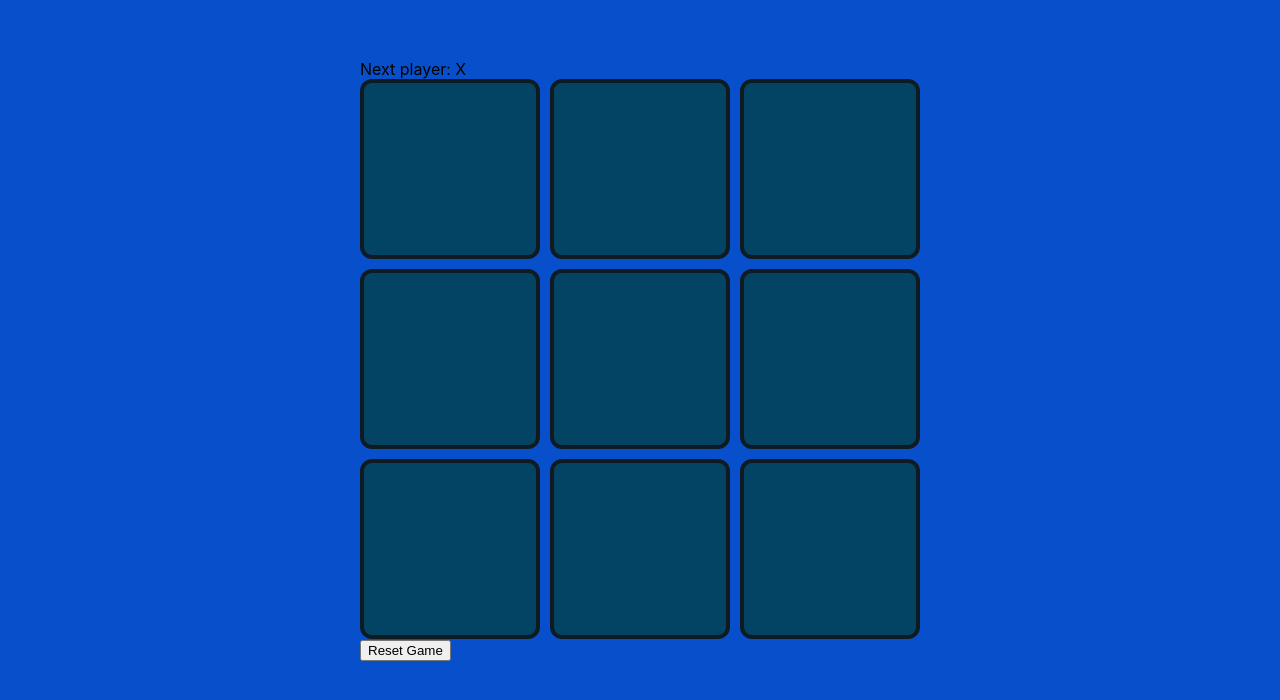
Repository: Monterro324/Tic-Tac
Page: / (app in tic-tac/)
The author's editor kept a copy of each file at every save. The page is drawn from the files as they stood at one save, then again after the next save.
The browser window is 1280 px wide. The pictures show the whole page.
The project was rebuilt for these pictures with package versions that can differ from the ones it lists, and the page was loaded fresh each time.

Above is the page before, as saved 2024-05-04 21:26:13.

### tic-tac/src/App.js
import { useState } from 'react';
import './App.css';
import Square from './Components/Square'; //Importing Square.js from Components

// function Square({value, onSquareClick}) {
//   return (
//     <button className="square" onClick={onSquareClick}>
//       {value}
//     </button>
//   );
// }



//Did not modify
export default function Board() {
  const [xIsNext, setXIsNext] = useState(true);
  const [squares, setSquares] = useState(Array(9).fill(null));

  function handleClick(i) {
    if (calculateWinner(squares) || squares[i]) {
      return;
    }
    const nextSquares = squares.slice();
    if (xIsNext) {
      nextSquares[i] = 'X';
    } else {
      nextSquares[i] = 'O';
    }
    setSquares(nextSquares);
    setXIsNext(!xIsNext);
  }

  //Basic reset button after winner is declare
  function resetGame() {
    setSquares(Array(9).fill(null)); // Resets all squares
    setXIsNext(true); // Resets the turn to the first player
  }

  const winner = calculateWinner(squares);
  let status;
  if (winner) {
    status = 'Winner: ' + winner;
  } else {
    status = 'Next player: ' + (xIsNext ? 'X' : 'O');
  }

  return (
    <>
      <div className="status">{status}</div>

      <div className="board">
        {squares.map((square, index) => (
          <Square key={index} value={square} onSquareClick={() => handleClick(index)} />
        ))}
      </div>
      <button className='reset-button' onClick={resetGame}>Reset Game</button>
    </>
  );
}

function calculateWinner(squares) {
  const lines = [
    [0, 1, 2],
    [3, 4, 5],
    [6, 7, 8],
    [0, 3, 6],
    [1, 4, 7],
    [2, 5, 8],
    [0, 4, 8],
    [2, 4, 6],
  ];
  for (let i = 0; i < lines.length; i++) {
    const [a, b, c] = lines[i];
    if (squares[a] && squares[a] === squares[b] && squares[a] === squares[c]) {
      return squares[a];
    }
  }
  return null;
}

### tic-tac/src/App.css
body, html {
  height: 100%;
  margin: 0;
  display: flex;
  justify-content: center;
  align-items: center;
  background-color: rgb(8, 80, 203);
}

.board {
  display: grid;
  grid-template-columns: repeat(3, 180px);
  grid-gap: 10px;
  justify-content: center;
}

.square {
  display: flex;
  align-items: center;
  justify-content: center;
  height: 180px;
  width: 180px;
  background: #034464;
  border: 4px solid #0f1b21;
  border-radius: 12px;
  cursor: pointer;
}

.rest-button {
  padding: 15px 30px;
  font-size: 18px;
  color: white;
  margin-top: 20px;
  padding: 10px 20px;
  font-size: 16px;
  color: white;
  background-color: #1f3540;
  border: none;
  border-radius: 12px;
  cursor: pointer;
  outline: none;
}

### tic-tac/src/Components/Square.js
import React from 'react';
import xImage from '../Components/Assets/mark-x.png';  // Update path to where your images are stored
import oImage from '../Components/Assets/mark-o.png';  // Update path to where your images are stored

function Square({ value, onSquareClick }) {
  const getImageUrl = (value) => {
    if (value === 'X') return xImage;
    if (value === 'O') return oImage;
    return null;
  };

  return (
    <button className="square" onClick={onSquareClick}>
      {value && <img src={getImageUrl(value)} alt={value} style={{ maxWidth: '100%', maxHeight: '100%' }} />}
    </button>
  );
}

export default Square

Loaded but not shown: tic-tac/public/index.html (common file); tic-tac/src/index.js (common file); tic-tac/src/index.css (common file); tic-tac/src/reportWebVitals.js (common file)

After the next save:
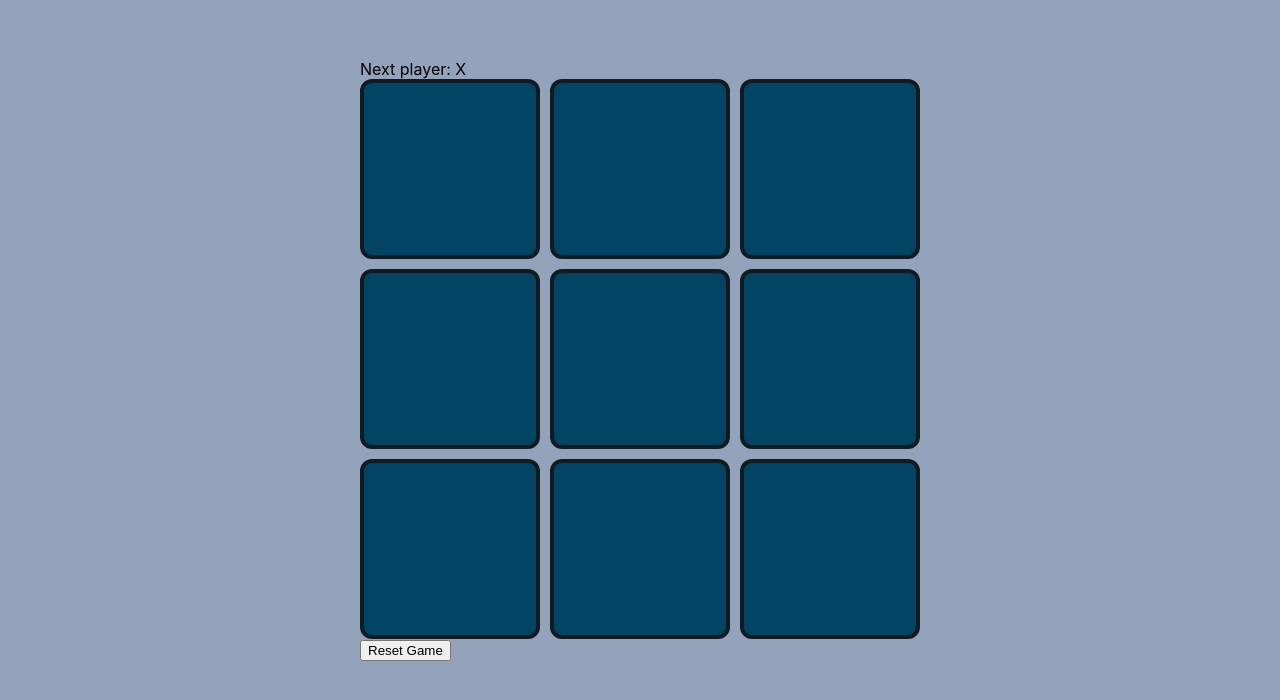
Saved 11 s later.
--- a/tic-tac/src/App.css
+++ b/tic-tac/src/App.css
@@ -4,7 +4,7 @@ body, html {
   display: flex;
   justify-content: center;
   align-items: center;
-  background-color: rgb(8, 80, 203);
+  background-color: rgb(148, 163, 188);
 }
 
 .board {
